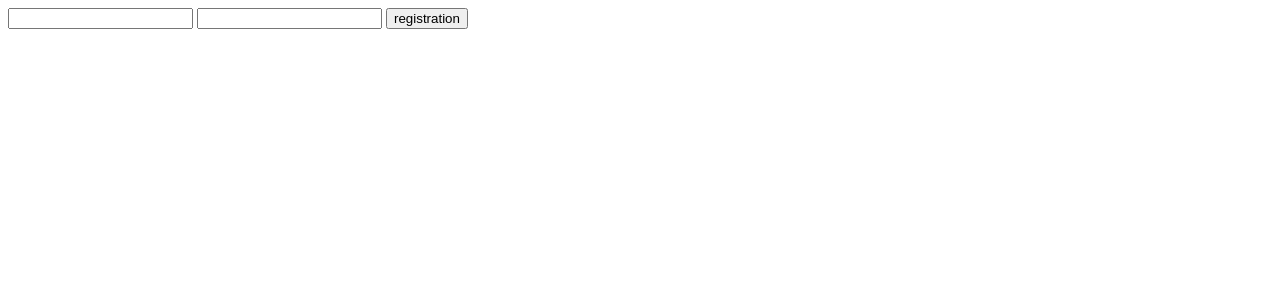
Repository: deepak0202/advancejava
Page: login/WebContent/registration.html
The author's editor kept a copy of each file at every save. The page is drawn from the files as they stood at one save, then again after the next save.
The browser window is 1280 px wide. The pictures show the whole page.

Above is the page before, as saved 2018-05-26 10:50:05.

### login/WebContent/registration.html
<form action="register">
<input type="text" name="userName">
<input type="password" name="password">
<input type="submit" value="registration">
</form>

After the next save:
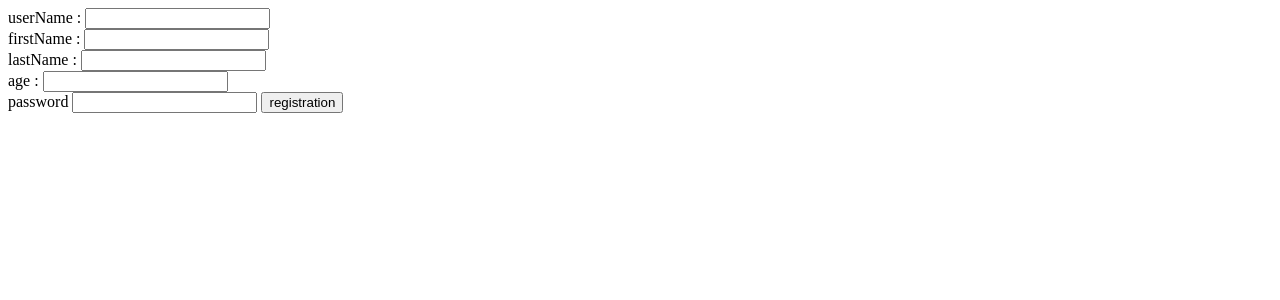
Saved 6 min 59 s later.
--- a/login/WebContent/registration.html
+++ b/login/WebContent/registration.html
@@ -1,5 +1,13 @@
 <form action="register">
-<input type="text" name="userName">
+userName :
+<input type="text" name="userName"></br>
+firstName :
+<input type="text" name="firstName"></br>
+lastName :
+<input type="text" name="lastName"></br>
+age :
+<input type="text" name="age"></br>
+password
 <input type="password" name="password">
 <input type="submit" value="registration">
 </form>
